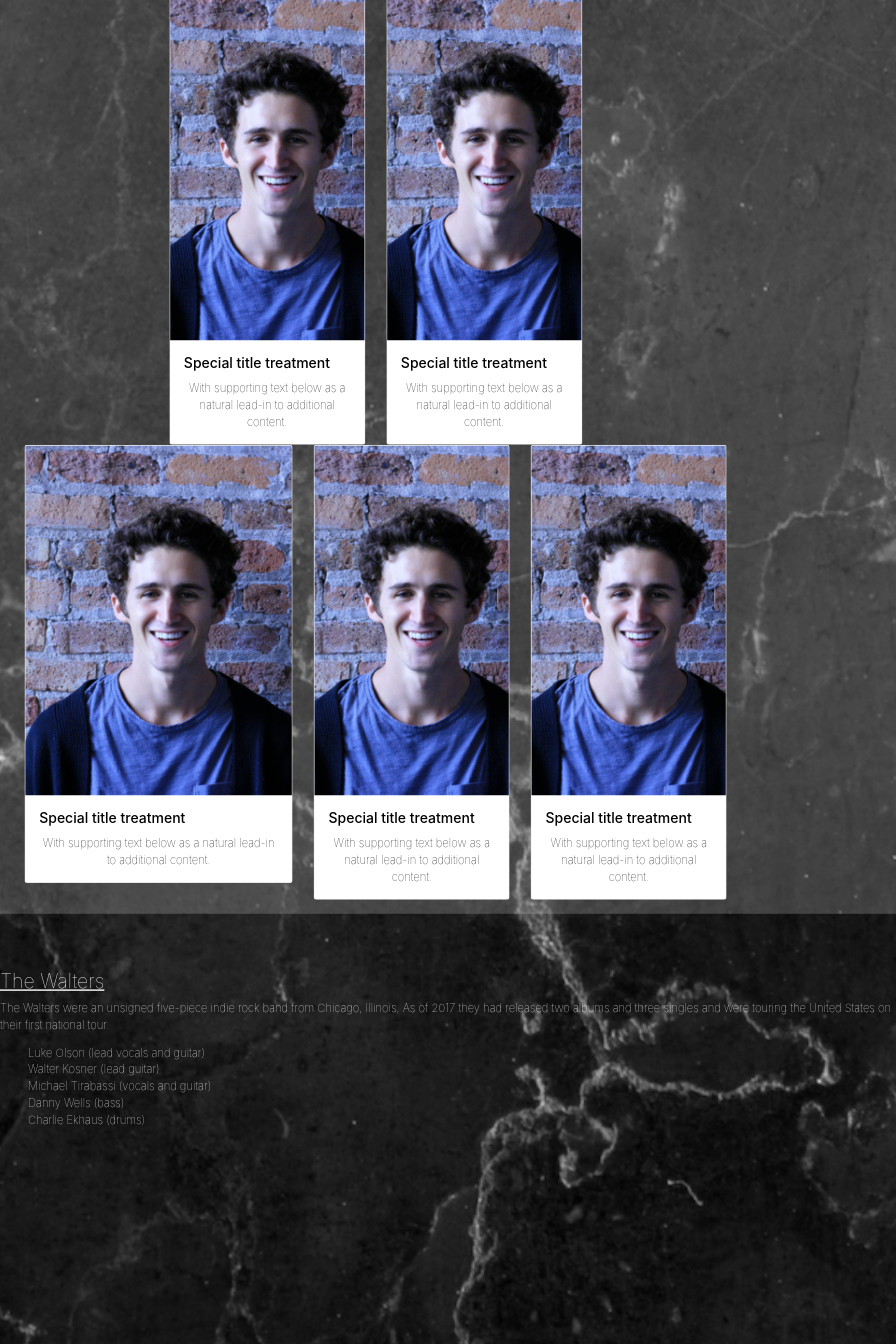
Repository: yucheng91/CIassignment1
Page: index.html
The author's editor kept a record of every edit. The page is drawn from the files as they stood at one moment, then again after the next edit.
The browser window is 1280 px wide. The pictures show the part of the page from y = 1968 to 3888 px (the page is 4493 px tall), at 70% of full size.
Pictures or frames that could not be fetched are drawn as grey boxes.

Above is the page before.

### index.html
<!doctype html>
<html lang="en">
  <head>
    <!-- Required meta tags -->
    <meta charset="utf-8">
    <meta name="viewport" content="width=device-width, initial-scale=1, shrink-to-fit=no">

    <!-- Bootstrap CSS -->
    <link rel="stylesheet" href="https://stackpath.bootstrapcdn.com/bootstrap/4.3.1/css/bootstrap.min.css" integrity="sha384-ggOyR0iXCbMQv3Xipma34MD+dH/1fQ784/j6cY/iJTQUOhcWr7x9JvoRxT2MZw1T" crossorigin="anonymous">
    <link rel="stylesheet" href="style.css" type="text/css" />
    <link rel="stylesheet" href="https://maxcdn.bootstrapcdn.com/font-awesome/4.7.0/css/font-awesome.min.css" type="text/css" />
    <title>The Walters</title>
  </head>

  <body>
    <header>
      <div class="container-fluid">
      <div class="row">
        <div class="col-10">
          <h1>THE WALTERS</h1>
        </div>
        <div class="col-2">
          <a href="https://www.facebook.com"><i class="fa fa-facebook-square fa-2x" aria-hidden="true"></i></a>
          <a href="https://www.twitter.com"><i class="fa fa-twitter-square fa-2x" aria-hidden="true"></i></a>
          <a href="https://www.youtube.com"><i class="fa fa-youtube-square fa-2x" aria-hidden="true"></i></a>
        </div>
      </div>
    </div>
  <div class="border"></div>
  </header>

<div id="carouselExampleControls" class="carousel slide" data-ride="carousel">
  <div class="carousel-inner">
    <div class="carousel-item active">
      <img class="d-block w-100" src="images/c1.jpg" alt="First slide">
    </div>
    <div class="carousel-item">
      <img class="d-block w-100" src="images/c2.jpg" alt="Second slide">
    </div>
    <div class="carousel-item">
      <img class="d-block w-100" src="images/c3.jpg" alt="Third slide">
    </div>
  </div>
  <a class="carousel-control-prev" href="#carouselExampleControls" role="button" data-slide="prev">
    <span class="carousel-control-prev-icon" aria-hidden="true"></span>
    <span class="sr-only">Previous</span>
  </a>
  <a class="carousel-control-next" href="#carouselExampleControls" role="button" data-slide="next">
    <span class="carousel-control-next-icon" aria-hidden="true"></span>
    <span class="sr-only">Next</span>
  </a>
</div>
    <div class="border"></div>

  <section class="upcomingshow">
    <div>
      <h2>Upcoming Shows 2019</h2>
      <div class="container-fluid">
        <div class="row">
          <div class="col-12 col-md-3">
            <p>26-27 JUL</p>
          </div>
          <div class="col-12 col-md-6">
            <p>Hard Rock Hotel, Resort World Sentosa</p>
          </div>
          <div class="col-12 col-md-3 text-center">
            <a href="https://www.eventbrite.sg"><button type="button" class="btn btn-dark">RSVP</button></p></a>
         </div>
        </div>

        <div class="row">
          <div class="col-12 col-md-3">
            <p>30-31 AUG</p>
          </div>
          <div class="col-12 col-md-6">
            <p>Hard Rock Cafe, Orchard Singapore</p>
          </div>
          <div class="col-12 col-md-3 text-center">
            <a href="https://www.eventbrite.sg"><button type="button" class="btn btn-dark">RSVP</button></p></a>
          </div>
        </div>
        <div class="row">
          <div class="col-12 col-md-3">
            <p>27-28 SEP</p>
          </div>
          <div class="col-12 col-md-6">
            <p>Hard Rock Hotel, Resort World Sentosa</p>
          </div>
          <div class="col-12 col-md-3 text-center">
            <a href="https://www.eventbrite.sg"><button type="button" class="btn btn-dark">RSVP</button></p></a>
          </div>
        </div>
        <div class="row">
          <div class="col-12 col-md-3">
            <p>27-28 SEP</p>
          </div>
          <div class="col-12 col-md-6">
            <p>Hard Rock Hotel, Resort World Sentosa</p>
          </div>
          <div class="col-12 col-md-3 text-center">
            <a href="https://www.eventbrite.sg"><button type="button" class="btn btn-dark">RSVP</button></p></a>
          </div>
        </div>
      </div>
      </section>

    <section>
    <div class="members">
    <a name="TheWalters"/>
    <h3>The Walters</h3>
    <img src="images/groupphoto.jpeg" class="img-fluid rounded" alt="Responsive image">
    <p>The Walters were an unsigned five-piece indie rock band from Chicago, Illinois. As of 2017 they had released two albums and three singles and were touring the United States on their first national tour.</p>
      <div class="container-fluid">
        <div class="row">
          <div class="col-2"></div>
          <div class="col-12 col-md-3">
            <div class="card">
              <img class="card-img-top" src="images/LukeOlson.png" alt="Card image cap">
              <div class="card-body">
                <h5 class="card-title">Special title treatment</h5>
                <p class="card-text">With supporting text below as a natural lead-in to additional content.</p>
              </div>
            </div>
          </div>
          <div class="col-12 col-md-3">
            <div class="card">
              <img class="card-img-top" src="images/LukeOlson.png" alt="Card image cap">
              <div class="card-body">
                <h5 class="card-title">Special title treatment</h5>
                <p class="card-text">With supporting text below as a natural lead-in to additional content.</p>
              </div>
            </div>
          </div>
          <div class="col-2"></div>
        </div>
        <div class="row">
           <div class="col-12 col-md-4">
            <div class="card">
              <img class="card-img-top" src="images/LukeOlson.png" alt="Card image cap">
              <div class="card-body">
                <h5 class="card-title">Special title treatment</h5>
                <p class="card-text">With supporting text below as a natural lead-in to additional content.</p>
              </div>
            </div>
          </div>
           <div class="col-12 col-md-3">
            <div class="card">
              <img class="card-img-top" src="images/LukeOlson.png" alt="Card image cap">
              <div class="card-body">
                <h5 class="card-title">Special title treatment</h5>
                <p class="card-text">With supporting text below as a natural lead-in to additional content.</p>
              </div>
            </div>
          </div>
           <div class="col-12 col-md-3">
            <div class="card">
              <img class="card-img-top" src="images/LukeOlson.png" alt="Card image cap">
              <div class="card-body">
                <h5 class="card-title">Special title treatment</h5>
                <p class="card-text">With supporting text below as a natural lead-in to additional content.</p>
              </div>
            </div>
          </div>
        </div>
      </div>
    </div>
    </section>


    <section>
    <div class="music">
    <a name="Music"/>
    <h3>The Walters</h3>
    <p>The Walters were an unsigned five-piece indie rock band from Chicago, Illinois, As of 2017 they had released two albums and three singles and were touring the United States on their first national tour.</p>
    <ul class="nobullet">
      <li>Luke Olson (lead vocals and guitar)</li>
      <li>Walter Kosner (lead guitar)</li>
      <li>Michael Tirabassi (vocals and guitar)</li>
      <li>Danny Wells (bass)</li>
      <li>Charlie Ekhaus (drums)</li>
    </ul>
    </div>
    </section>

    <section>
    <div class="video">
    <a name="Video"/>
     <div class="embed-responsive embed-responsive-16by9">
        <iframe class="embed-responsive-item" src="https://www.youtube.com/embed/5zfrnme2nJ4" allowfullscreen></iframe>
      </div>
    </div>
    </section>

    <footer>
    <div class="navbar">
    <ul class="nav justify-content-start">
      <li class="nav-item">
        <a class="nav-link active" href="#Home">HOME</a>
      </li>
      <li class="nav-item">
        <a class="nav-link" href="#TheWalters">THE WALTERS</a>
      </li>
      <li class="nav-item">
        <a class="nav-link" href="#Music">MUSIC</a>
      </li>
      <li class="nav-item">
        <a class="nav-link" href="#Video">VIDEO</a>
      </li>
    </ul>
    </div>
    </footer>
    <!-- Optional JavaScript -->
    <!-- jQuery first, then Popper.js, then Bootstrap JS -->
    <script src="https://code.jquery.com/jquery-3.3.1.slim.min.js" integrity="sha384-q8i/X+965DzO0rT7abK41JStQIAqVgRVzpbzo5smXKp4YfRvH+8abtTE1Pi6jizo" crossorigin="anonymous"></script>
    <script src="https://cdnjs.cloudflare.com/ajax/libs/popper.js/1.14.7/umd/popper.min.js" integrity="sha384-UO2eT0CpHqdSJQ6hJty5KVphtPhzWj9WO1clHTMGa3JDZwrnQq4sF86dIHNDz0W1" crossorigin="anonymous"></script>
    <script src="https://stackpath.bootstrapcdn.com/bootstrap/4.3.1/js/bootstrap.min.js" integrity="sha384-JjSmVgyd0p3pXB1rRibZUAYoIIy6OrQ6VrjIEaFf/nJGzIxFDsf4x0xIM+B07jRM" crossorigin="anonymous"></script>
  </body>
</html>

### style.css
body {
    color:white;
    font-weight: 100;
    background-image: url("images/background.jpg");
    background-position: center;
    background-size:cover;
}

section {
    padding-top:40px;
    padding-bottom:40px;
}

.container-fluid h1 {
    font-weight: 100;
    padding-top: 12px;
    text-decoration: underline;
}

.container-fluid p {
    text-align:center;
}

.border {
    height:3px;
    background-color:grey;
    border:0;
    padding:0;
    color:grey;
}

.navbar  {
    position: fixed;
    bottom: 0;
    width: 100%;
    color: white;
    font-weight:100;
    background-color: #151516;
    padding:0 ;
}

.col-2 {
    padding:20px;
    text-align:right;
}

a {
    color:white;
}

.upcomingshow {
        background:rgba(0, 0, 0, 0.5);
}

.upcomingshow h2{
    text-align:center;
    padding-top: 20px;
    padding-bottom: 20px;
    text-decoration:underline;
    font-weight:100;
}

.nobullet {
    list-style-type: none;
    padding-bottom:40px;
    text-align:left;
}

footer {
    bottom:0 ;
    width: 100%;
}

.rsvpbutton {
    border:1px solid white;
}

img {
    height: 500px;
    width: 100%;
    object-fit: cover;
}

.members {
    padding:20px;
    background-color:rgba(242, 242, 242,0.2);
}

h3 {
    font-weight:100;
    text-decoration: underline;
}

.video {
    padding:20px;
}

.card {
    color:black;
}

@media (max-width: 767px) {
    body {
        font-size: 15px;
    }

    h1 {
        font-size: 27px;
    }

    h2 {
        font-size: 20px;
    }

    p {
        font-size: 15px;
    }

    navbar {
        font-size: 15px;
    }

}

@media (max-width:359px) {
    section {
        padding-bottom:76px;
    }
}

After the next edit:
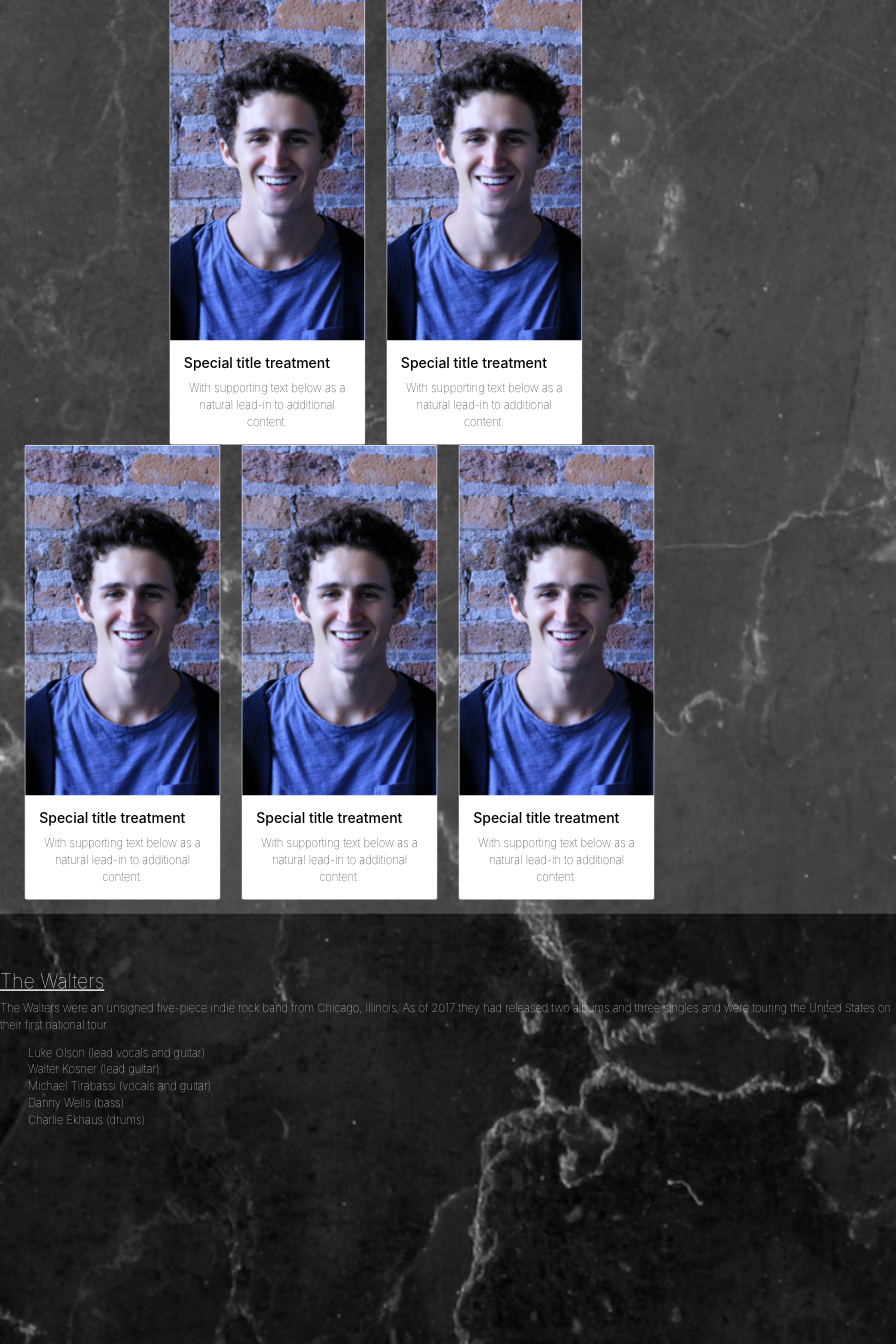
The edit:
--- a/index.html
+++ b/index.html
@@ -134,7 +134,7 @@
           <div class="col-2"></div>
         </div>
         <div class="row">
-           <div class="col-12 col-md-4">
+           <div class="col-12 col-md-3">
             <div class="card">
               <img class="card-img-top" src="images/LukeOlson.png" alt="Card image cap">
               <div class="card-body">
